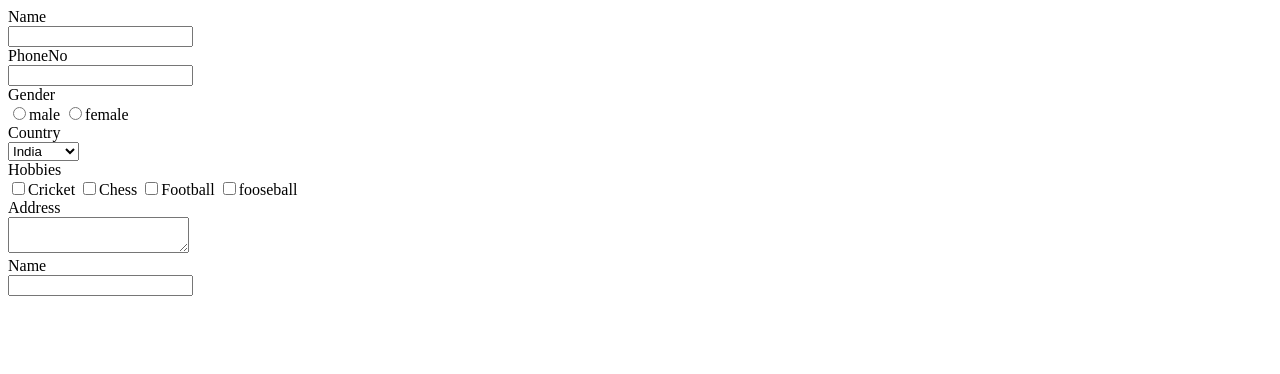
Repository: mnarendra333/batch21_WE
Page: RegApp/WebContent/index.html
The author's editor kept a copy of each file at every save. The page is drawn from the files as they stood at one save, then again after a run of saves.
The browser window is 1280 px wide. The pictures show the whole page.

Above is the page before, as saved 2019-02-10 07:04:25.

After the next 2 saves:
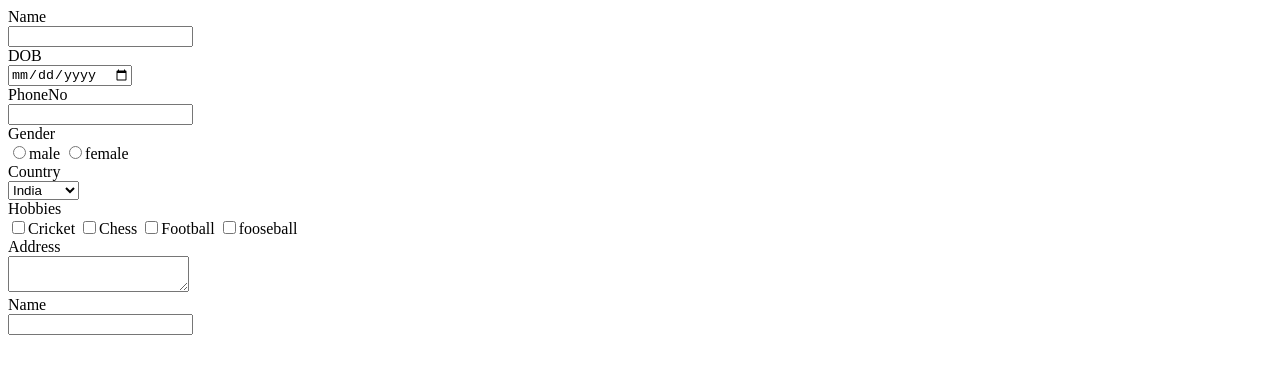
The 2 saves are shown as one change because they came seconds apart.
The last was saved 27 s later.
--- a/RegApp/WebContent/index.html
+++ b/RegApp/WebContent/index.html
@@ -14,6 +14,10 @@
 		<div>
 			<div>Name</div>
 			<div><input type="text" name="uname"></div>
+		</div>
+		<div>
+			<div>DOB</div>
+			<div><input type="date" name="uname"></div>
 		</div>
 		<div>
 			<div>PhoneNo</div>
